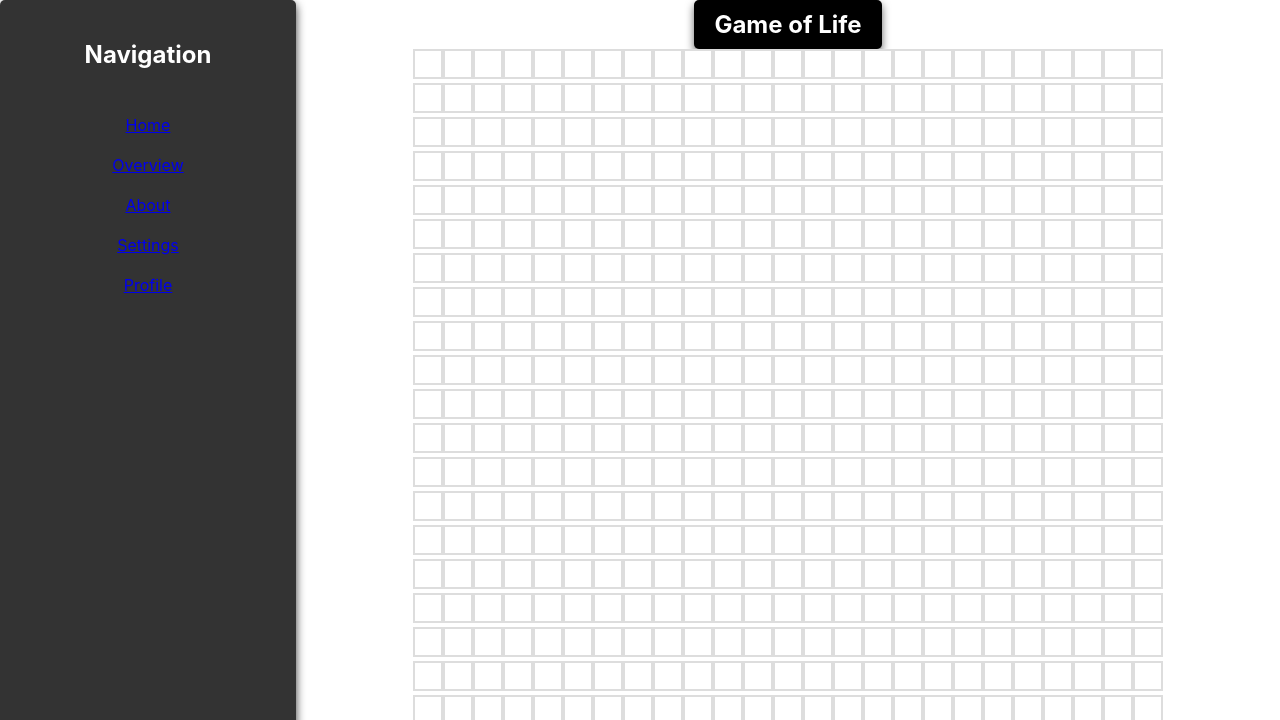
Repository: MarioDiekmann/GameOfLife
Page: /
These files come from the project's save history. The page is drawn as it stood at one moment and after the next save; the edit follows.
The browser window is 1280 px wide. The pictures show the whole page.
An inner scrolling area shows only its first screen. The project was rebuilt for these pictures with package versions that can differ from the ones it lists, and the page was loaded fresh each time. Also part of the build but not shown: src/components/InputForm.js, src/components/LoadPatternForm.js, src/components/RegistrationForm.js, src/components/LoginForm.js, src/pages/Overview.js.

Above is the page before, as saved 2024-11-06 23:10:08.

After the next save:
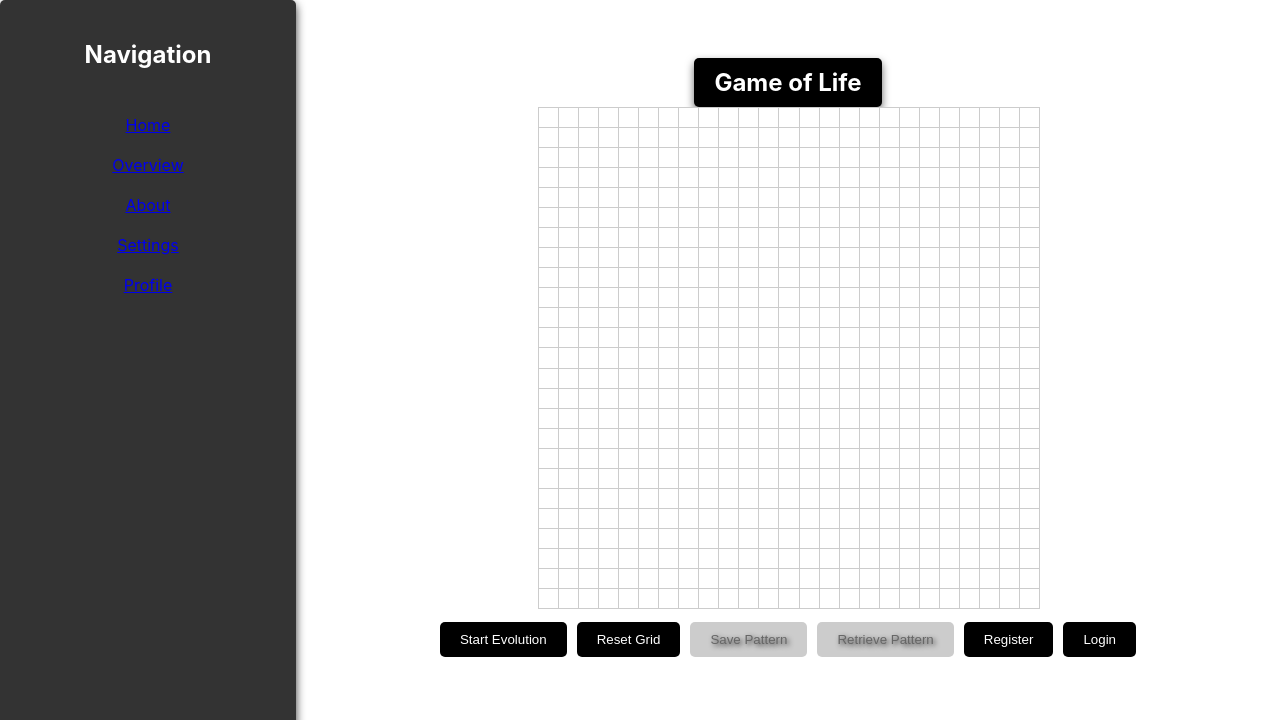
Saved 3 min 43 s later.
--- a/src/components/Game.js
+++ b/src/components/Game.js
@@ -282,13 +282,58 @@
     return (
         <div style={{ display: 'flex', height: '100vh', overflow: 'hidden' }}>
             <NavBar />
-            <div style={{ flexGrow: 1, display: 'flex', flexDirection: 'column', alignItems: 'center', overflowY: 'auto' }}>
+            <div style={{
+                flexGrow: 1,
+                display: 'flex',
+                flexDirection: 'column',
+                alignItems: 'center',
+                justifyContent: 'center',
+                overflow: 'hidden',
+                padding: '20px',
+            }}>
                 <div className="banner">
                     <h1>Game of Life</h1>
                 </div>
-                <div style={{ display: 'flex', flexDirection: 'column', alignItems: 'center', flexGrow: 1 }}>
-                    {renderGrid()}
-                    <div className="button-container">
+                <div
+                    style={{
+                        display: 'flex',
+                        flexDirection: 'column',
+                        alignItems: 'center',
+                        justifyContent: 'center',
+                        maxHeight: '80vh',
+                        maxWidth: '80vw',
+                        width: '100%',
+                    }}
+                >
+                    {/* Resizing grid wrapper to maintain a square */}
+                    <div
+                        style={{
+                            width: '100%',
+                            maxWidth: '500px', // Cap maximum size
+                            aspectRatio: '1', // Ensures a 1:1 aspect ratio
+                            display: 'grid',
+                            gridTemplateColumns: `repeat(${size}, 1fr)`, // Use size from state
+                            gridTemplateRows: `repeat(${size}, 1fr)`,
+                            gap: '1px',
+                            backgroundColor: '#ddd'
+                        }}
+                    >
+                        {grid.map((row, rowIndex) => (
+                            row.map((cell, colIndex) => (
+                                <div
+                                    key={`${rowIndex}-${colIndex}`}
+                                    style={{
+                                        width: '100%',
+                                        height: '100%',
+                                        backgroundColor: cell ? 'black' : 'white',
+                                        border: '1px solid #ccc',
+                                    }}
+                                />
+                            ))
+                        ))}
+                    </div>
+
+                    <div className="button-container" style={{ marginTop: '10px' }}>
                         <button className="button" onClick={isEvolving ? stopEvolution : startEvolution}>
                             {isEvolving ? "Stop Evolution" : "Start Evolution"}
                         </button>
@@ -334,6 +379,7 @@
     );
 
 
+
 };
 
 export default Game;

After the save that followed:
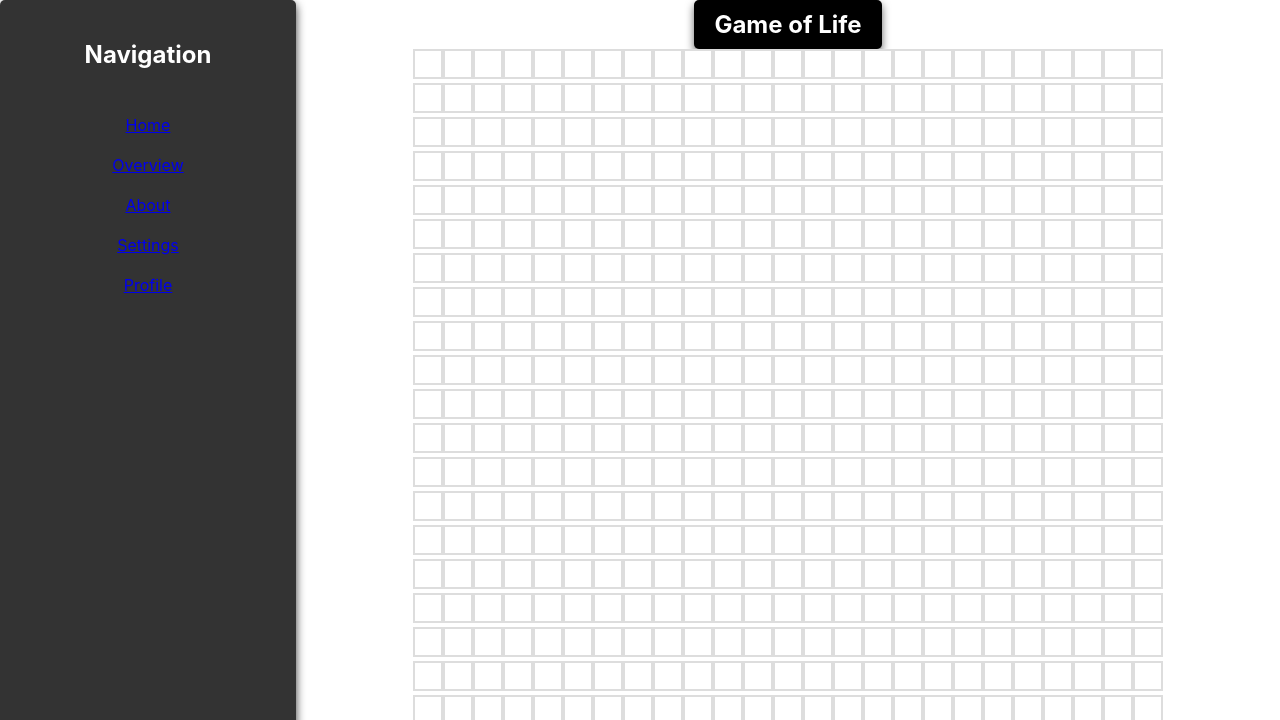
Saved 35 s later.
--- a/src/components/Game.js
+++ b/src/components/Game.js
@@ -282,58 +282,13 @@
     return (
         <div style={{ display: 'flex', height: '100vh', overflow: 'hidden' }}>
             <NavBar />
-            <div style={{
-                flexGrow: 1,
-                display: 'flex',
-                flexDirection: 'column',
-                alignItems: 'center',
-                justifyContent: 'center',
-                overflow: 'hidden',
-                padding: '20px',
-            }}>
+            <div style={{ flexGrow: 1, display: 'flex', flexDirection: 'column', alignItems: 'center', overflowY: 'auto' }}>
                 <div className="banner">
                     <h1>Game of Life</h1>
                 </div>
-                <div
-                    style={{
-                        display: 'flex',
-                        flexDirection: 'column',
-                        alignItems: 'center',
-                        justifyContent: 'center',
-                        maxHeight: '80vh',
-                        maxWidth: '80vw',
-                        width: '100%',
-                    }}
-                >
-                    {/* Resizing grid wrapper to maintain a square */}
-                    <div
-                        style={{
-                            width: '100%',
-                            maxWidth: '500px', // Cap maximum size
-                            aspectRatio: '1', // Ensures a 1:1 aspect ratio
-                            display: 'grid',
-                            gridTemplateColumns: `repeat(${size}, 1fr)`, // Use size from state
-                            gridTemplateRows: `repeat(${size}, 1fr)`,
-                            gap: '1px',
-                            backgroundColor: '#ddd'
-                        }}
-                    >
-                        {grid.map((row, rowIndex) => (
-                            row.map((cell, colIndex) => (
-                                <div
-                                    key={`${rowIndex}-${colIndex}`}
-                                    style={{
-                                        width: '100%',
-                                        height: '100%',
-                                        backgroundColor: cell ? 'black' : 'white',
-                                        border: '1px solid #ccc',
-                                    }}
-                                />
-                            ))
-                        ))}
-                    </div>
-
-                    <div className="button-container" style={{ marginTop: '10px' }}>
+                <div style={{ display: 'flex', flexDirection: 'column', alignItems: 'center', flexGrow: 1 }}>
+                    {renderGrid()}
+                    <div className="button-container">
                         <button className="button" onClick={isEvolving ? stopEvolution : startEvolution}>
                             {isEvolving ? "Stop Evolution" : "Start Evolution"}
                         </button>
@@ -379,7 +334,6 @@
     );
 
 
-
 };
 
 export default Game;
